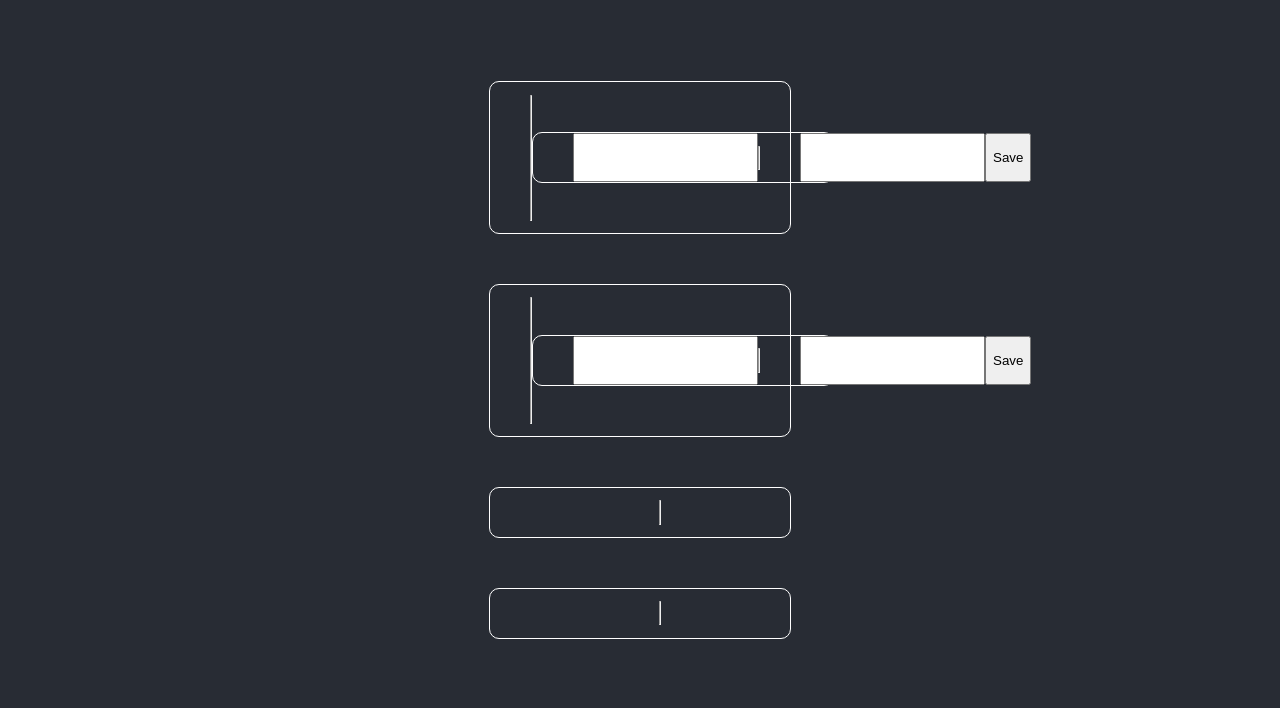
Repository: bandikost/capers
Page: /main
These files come from the project's save history. The page is drawn as it stood at one moment and after the next save; the edit follows.
The browser window is 1280 px wide. The pictures show the whole page.
The page's requests for data from a server got no answer. The project was rebuilt for these pictures with package versions that can differ from the ones it lists, and the page was loaded fresh each time. No one was signed in, and anything a server would have sent is missing.

Above is the page before, as saved 2023-04-10 12:55:49.

After the next save:
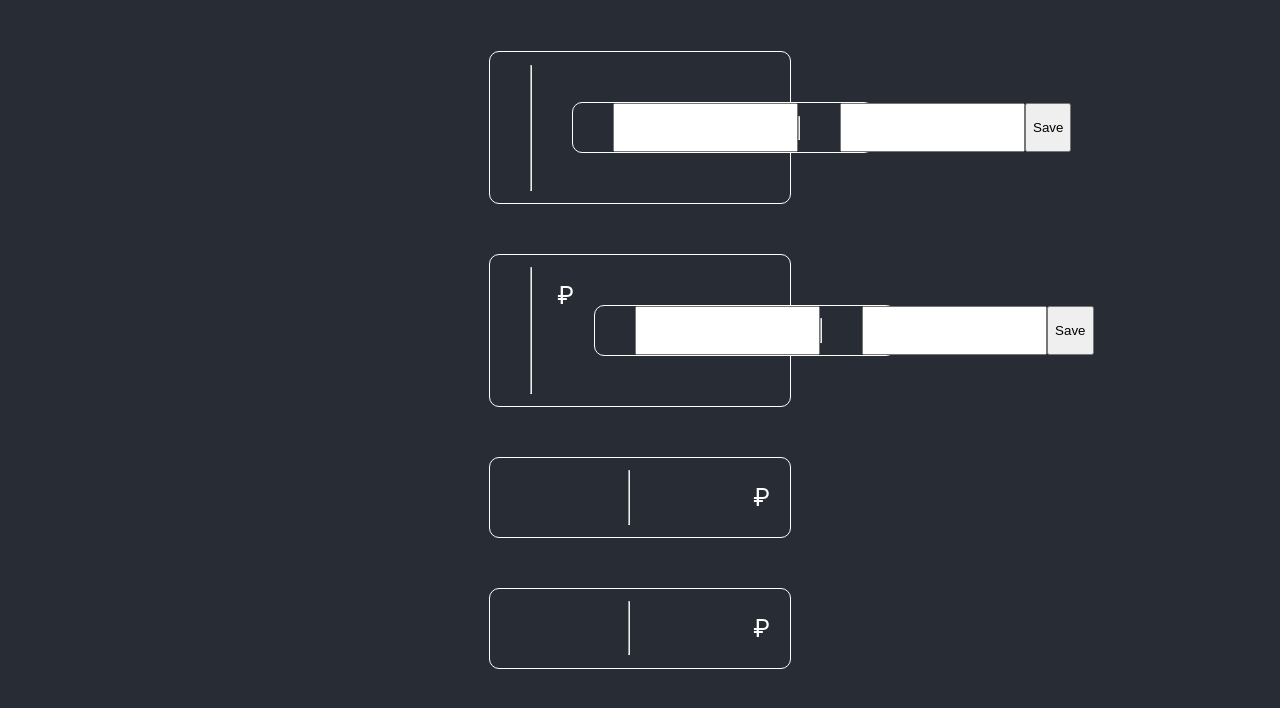
Saved 15 s later.
--- a/src/components/Main.jsx
+++ b/src/components/Main.jsx
@@ -38,20 +38,25 @@ export const Main = () => {
       <div className="cell">
         <p>{name.user1}</p>
         <hr />
+        <p>{balance.user1}</p>
         <UserInput userId="user1" name={name.user1} balance={balance.user1} />
       </div>
       <div className="cell">
         <p>{name.user2}</p>
         <hr />
+        <p>{balance.user2}<span style={{marginLeft: "5px"}}>₽</span></p>
         <UserInput userId="user2" name={name.user2} balance={balance.user2} />
       </div>
       <div className="cell">
         <p>{name.user3}</p>
         <hr />
+        <p>{balance.user3}<span style={{marginLeft: "5px"}}>₽</span></p>
       </div>
       <div className="cell">
         <p>{name.user4}</p>
         <hr />
+        <p>{balance.user4}<span style={{marginLeft: "5px"}}>₽</span></p>
+
         </div>
         </div>
 
